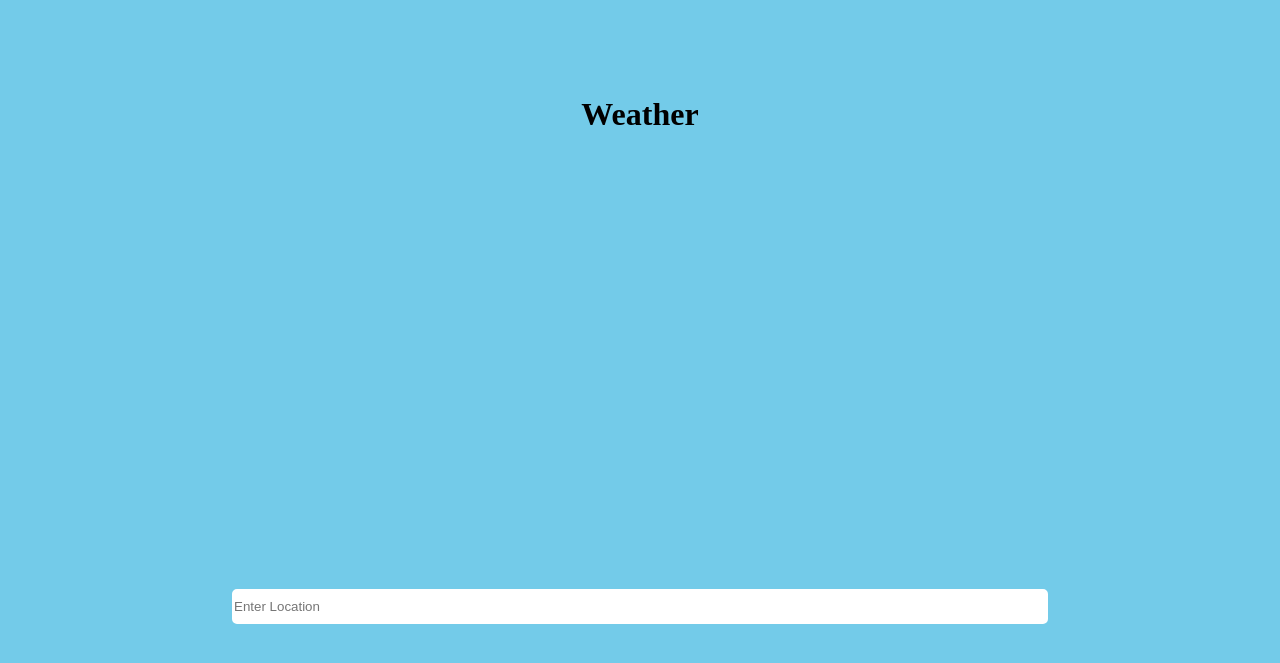
Repository: shaelorch/weather
Page: /
The author's editor kept a copy of each file at every save. The page is drawn from the files as they stood at one save, then again after the next save.
The browser window is 1280 px wide. The pictures show the whole page.
The project was rebuilt for these pictures with package versions that can differ from the ones it lists, and the page was loaded fresh each time. The framework's server and built-in components were replaced by stand-ins that run in the browser. Also part of the build but not shown: next.config.js.

Above is the page before, as saved 2023-01-19 11:39:36.

After the next save:
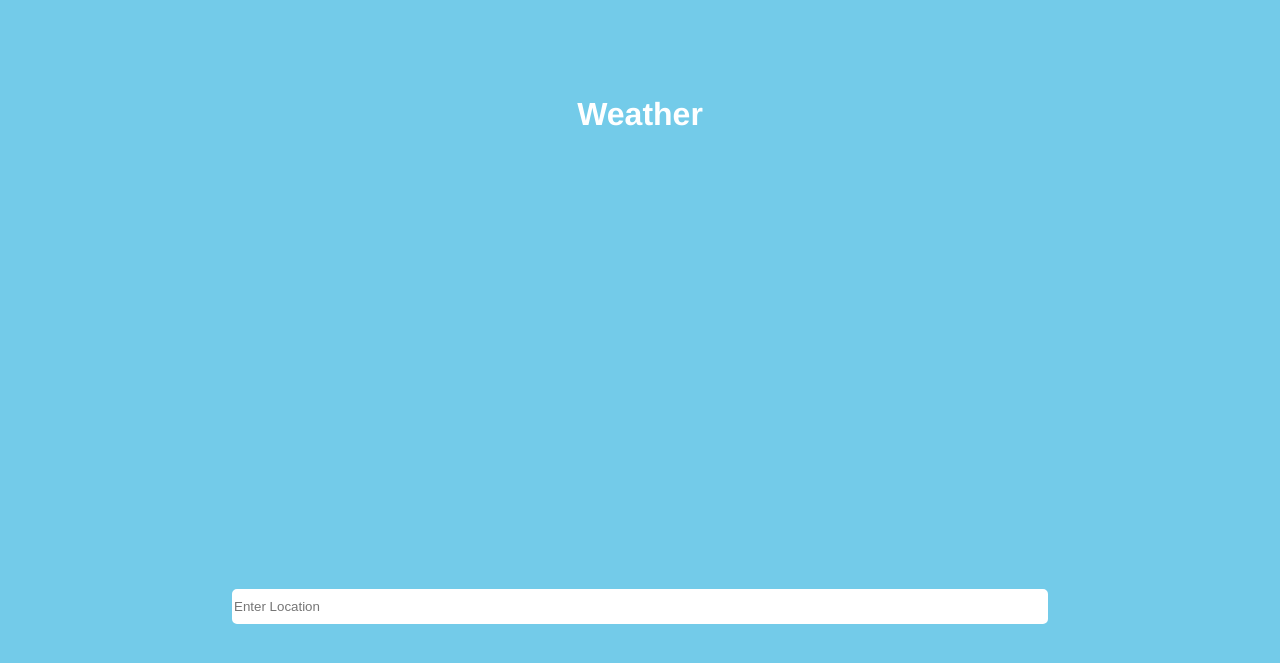
Saved 16 s later.
--- a/pages/index.js
+++ b/pages/index.js
@@ -40,7 +40,7 @@ export default function Home() {
 
   return <main className={styles.main}>
 
-    <h1>Weather</h1>
+    <h1 className={styles.text}>Weather</h1>
 
     <div className={styles.text}>
 
